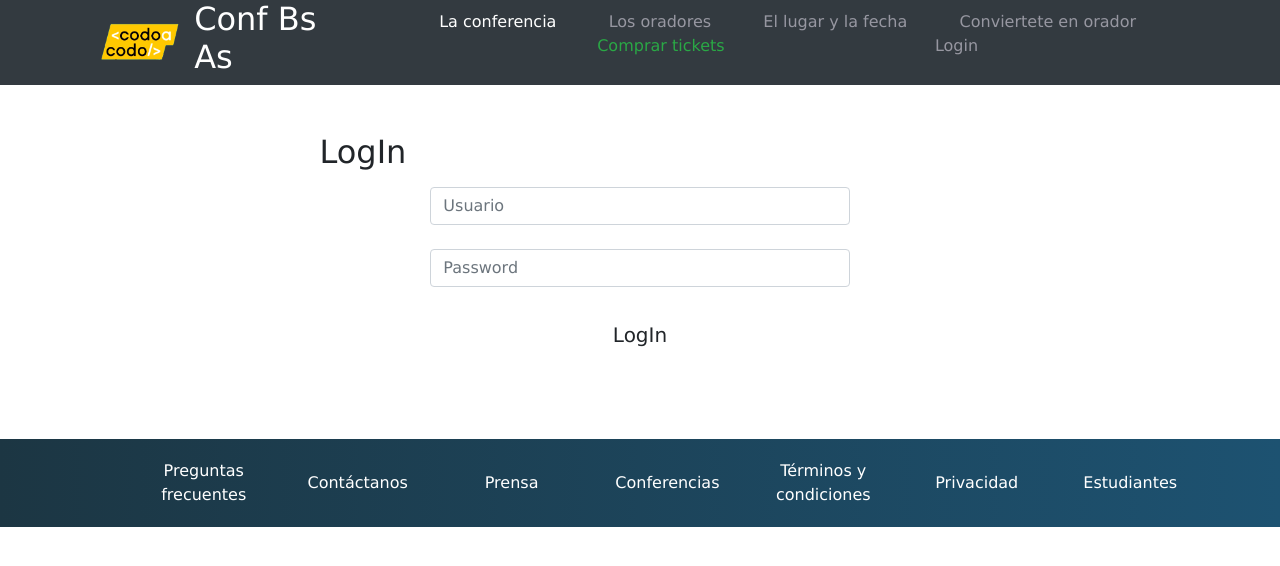
Repository: carolinaeramirez/tpntegrador_cac_23552
Page: http://localhost/integrador_cac/login.jsp
An editor plug-in stored every save of this project. The page is shown before and after the next save, followed by the edit.
The browser window is 1280 px wide. The pictures show the whole page.
The page is served by Tomcat 9.

Above is the page before, as saved 2023-12-15 16:45:59.

After the next save:
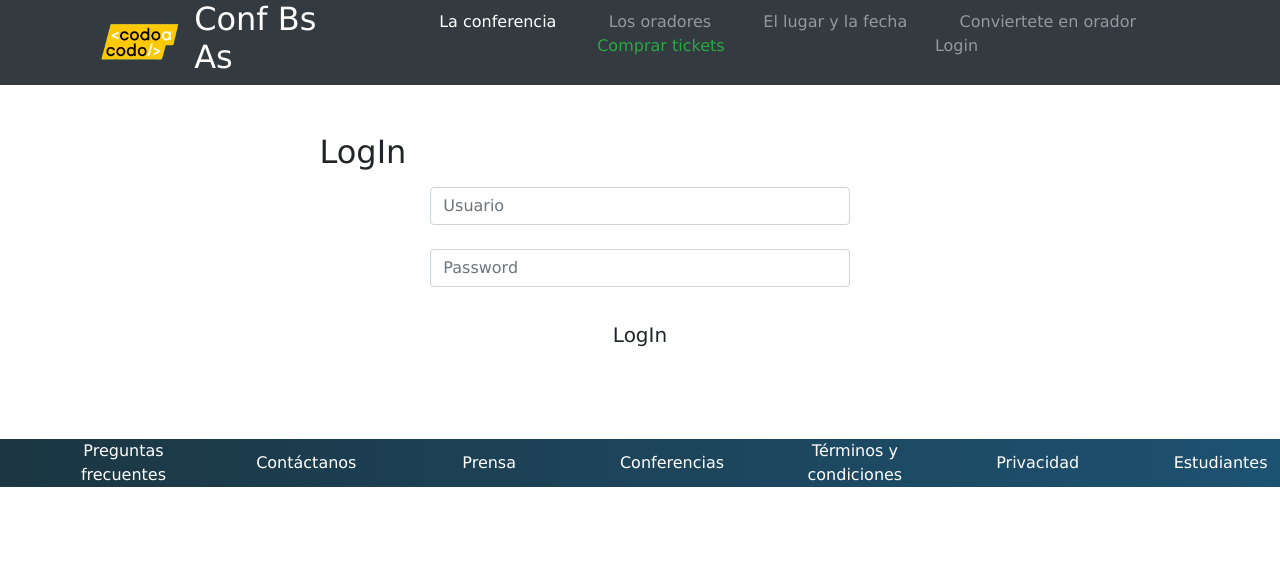
Saved 69 s later.
--- a/integrador_cac/src/main/webapp/css/estilos.css
+++ b/integrador_cac/src/main/webapp/css/estilos.css
@@ -436,7 +436,7 @@
   align-items: center;
   text-align: center;
   margin-top: 5%;
-  padding: 20px 100px 20px 100px;
+
   background: linear-gradient(to right, rgb(28, 54, 67), rgb(29, 82, 113));
   position:sticky;
   bottom: 0;

After the save that followed:
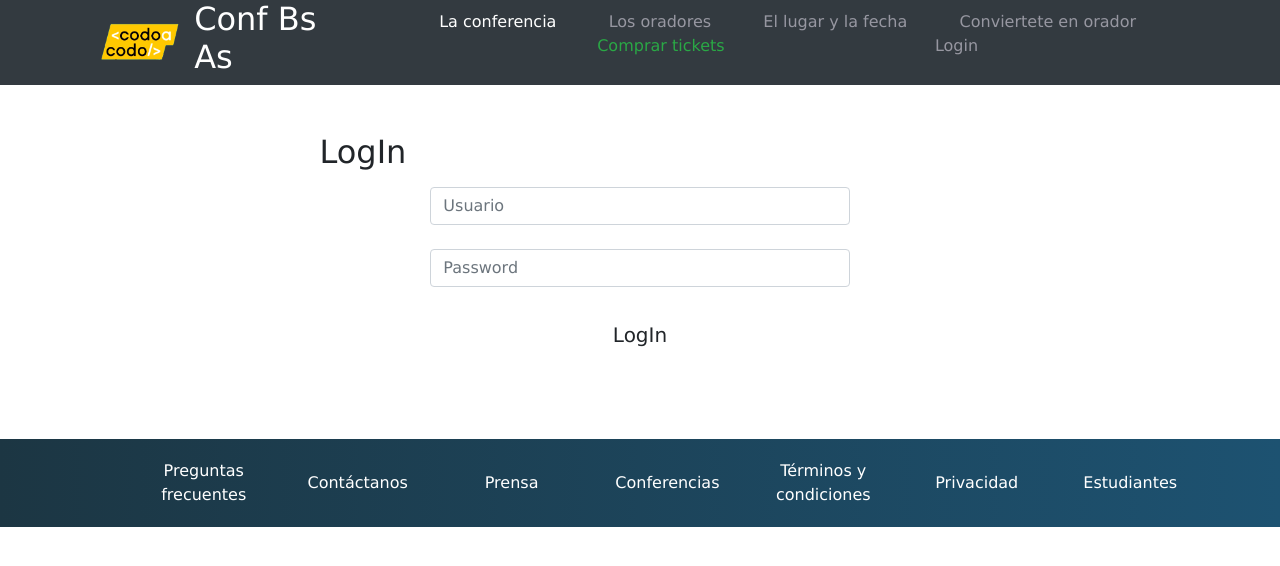
Saved 27 s later.
--- a/integrador_cac/src/main/webapp/css/estilos.css
+++ b/integrador_cac/src/main/webapp/css/estilos.css
@@ -436,7 +436,7 @@
   align-items: center;
   text-align: center;
   margin-top: 5%;
-
+  padding: 20px 100px 20px 100px;
   background: linear-gradient(to right, rgb(28, 54, 67), rgb(29, 82, 113));
   position:sticky;
   bottom: 0;
